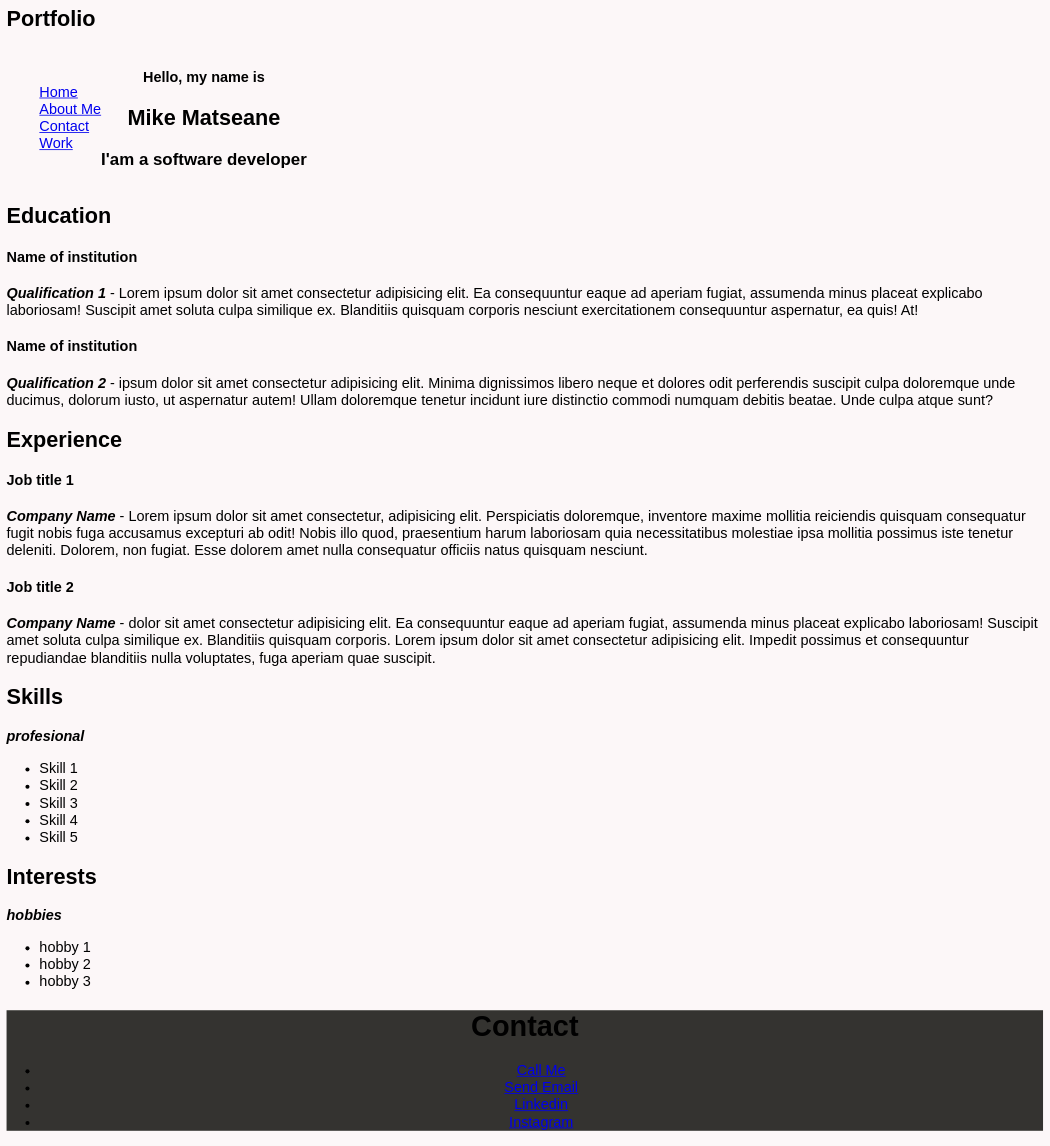
Repository: mikempho/Resume1
Page: resume1.html
An editor plug-in stored every save of this project. The page is shown before and after the next save, followed by the edit.
The browser window is 1280 px wide. The pictures show the whole page, at 82% of full size.

Above is the page before, as saved 2022-03-25 20:53:17.

After the next save:
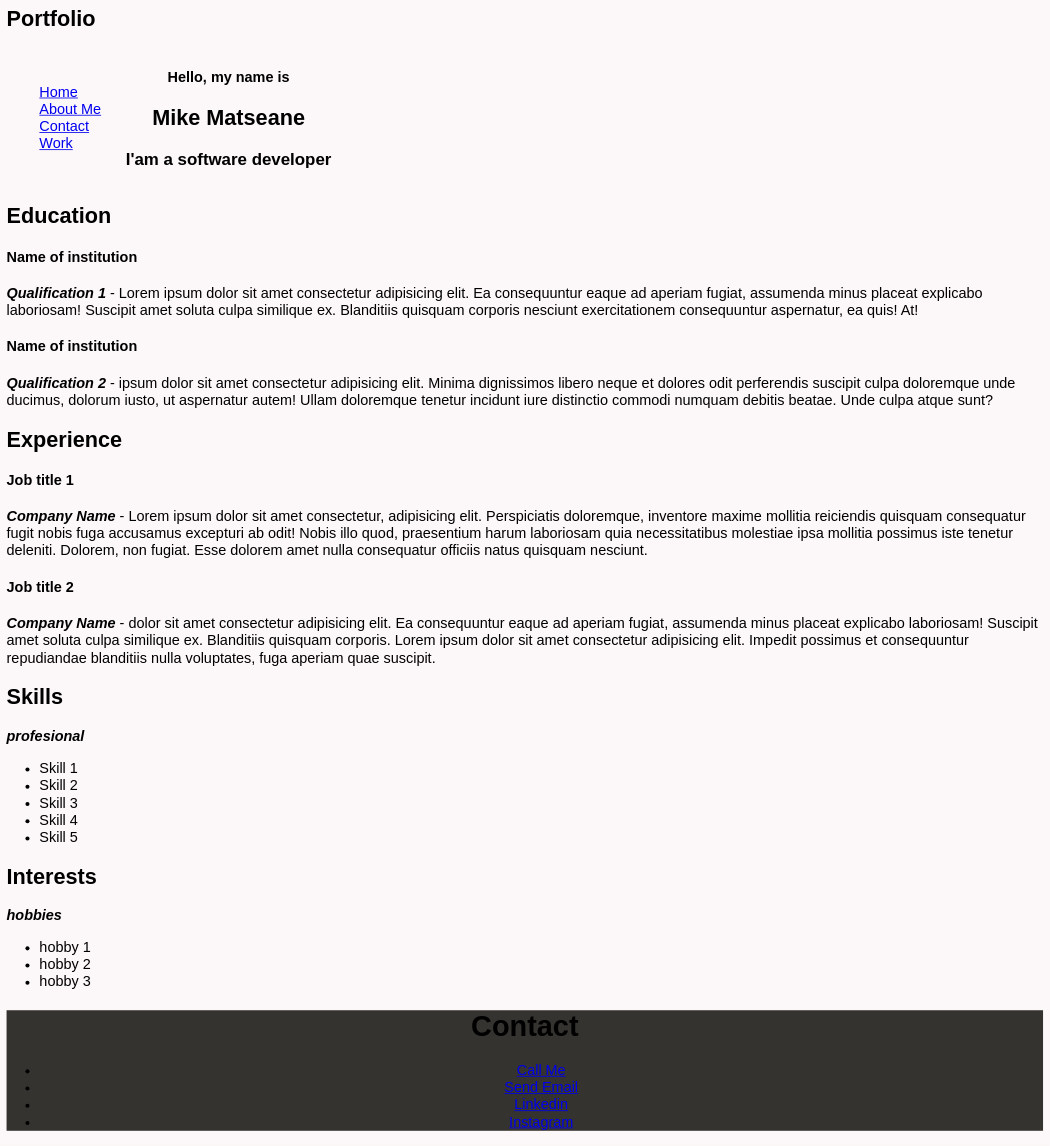
Saved 56 s later.
--- a/css/stylesheet.css
+++ b/css/stylesheet.css
@@ -22,6 +22,8 @@ nav ul li {
 
 .intro {
   text-align: center;
+  position: relative;
+  left: 30px;
 }
 footer {
   background-color: #343330;
